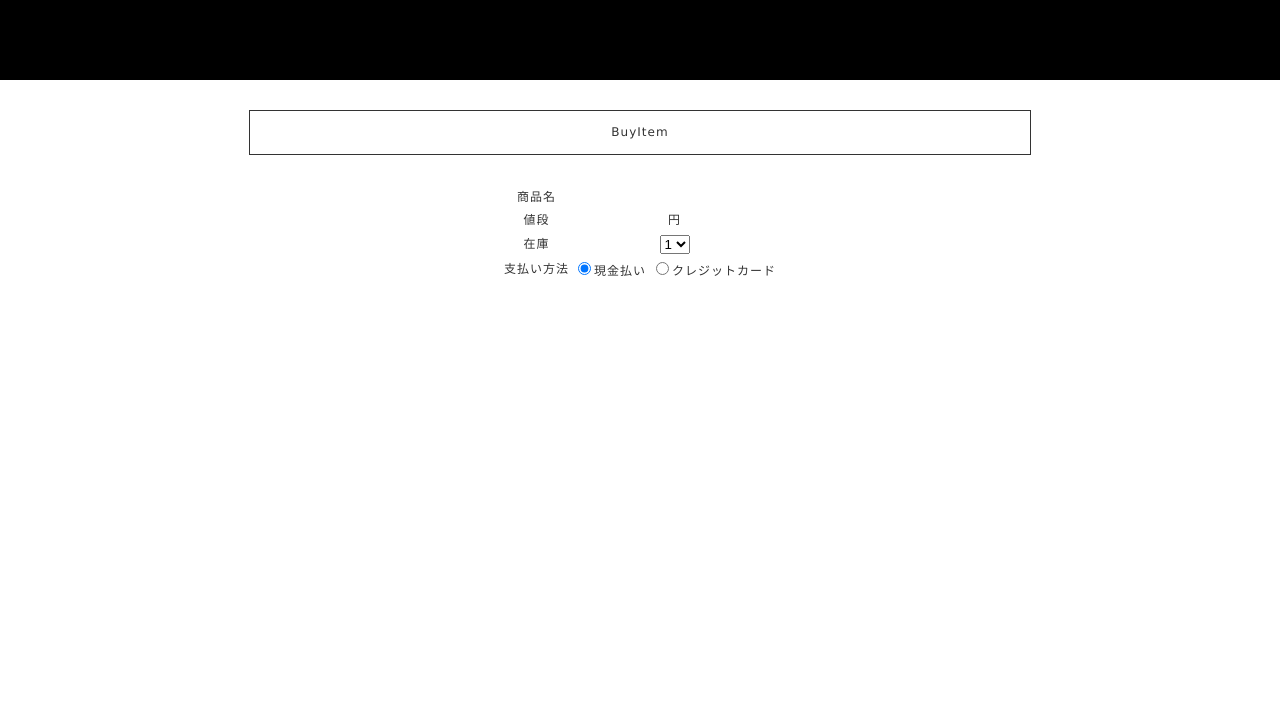
Repository: kousuke-2047/test
Page: http://localhost/template/buyItem.jsp
These files come from the project's save history. The page is drawn as it stood at one moment and after the next save; the edit follows.
The browser window is 1280 px wide. The pictures show the whole page.
The page is served by Tomcat 9.

Above is the page before, as saved 2018-05-28 08:12:48.

After the next save:
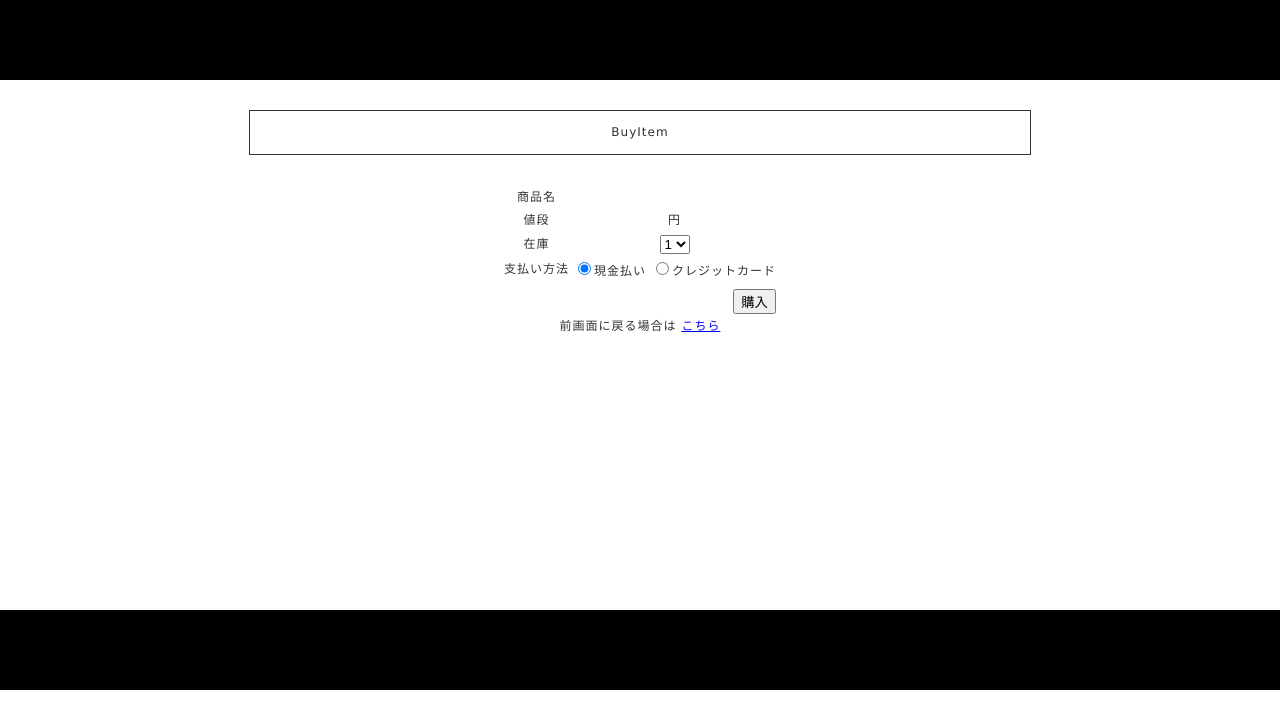
Saved 10 min 45 s later.
--- a/template/WebContent/buyItem.jsp
+++ b/template/WebContent/buyItem.jsp
@@ -106,14 +106,21 @@ clear:both;
 				</td>
 			</tr>
 			<tr>
-
-
-				</table>
-
-
-
-
-	</s:form></div></div>
+				<td>
+				<s:submit value="購入"/>
+				</td>
+			</tr>
+		</table>
+	</s:form>
+	<div>
+	<span>前画面に戻る場合は</span>
+	<a href ='<s:url action = "HomeAction"/>'>こちら</a>
+	</div>
+	</div>
+	</div>
+	<div id = "footer">
+	<div id = "pr">
+	</div></div>
 
 </body>
 </html>
